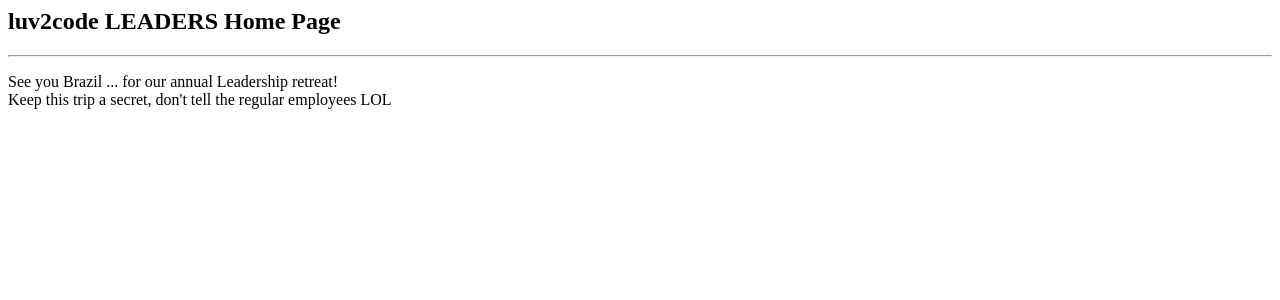
Repository: shinjuno123/spring-security
Page: http://localhost/spring-security-demo-07-user-roles/WEB-INF/view/systems.jsp
The author's editor kept a copy of each file at every save. The page is drawn from the files as they stood at one save, then again after the next save.
The browser window is 1280 px wide. The pictures show the whole page.
The page is served by Tomcat 9. Nobody is signed in. The template is opened directly, without the code that normally fills it, so the values that code supplies are empty.

Above is the page before, as saved 2023-01-11 17:29:34.

After the next save:
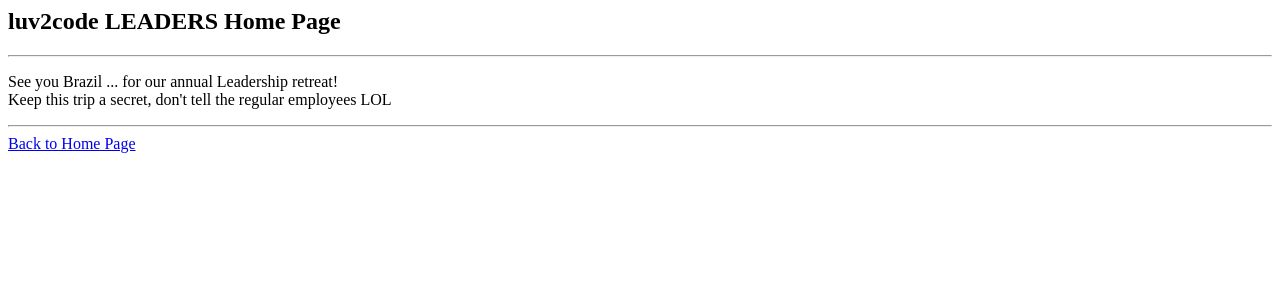
Saved 32 s later.
--- a/spring-security-demo-07-user-roles/src/main/webapp/WEB-INF/view/systems.jsp
+++ b/spring-security-demo-07-user-roles/src/main/webapp/WEB-INF/view/systems.jsp
@@ -13,5 +13,9 @@
 		<br>
 		Keep this trip a secret, don't tell the regular employees LOL
 	</p>
+
+	<hr>
+
+	<a href=${pageContext.request.contextPath }"">Back to Home Page</a>
 </body>
 </html>
